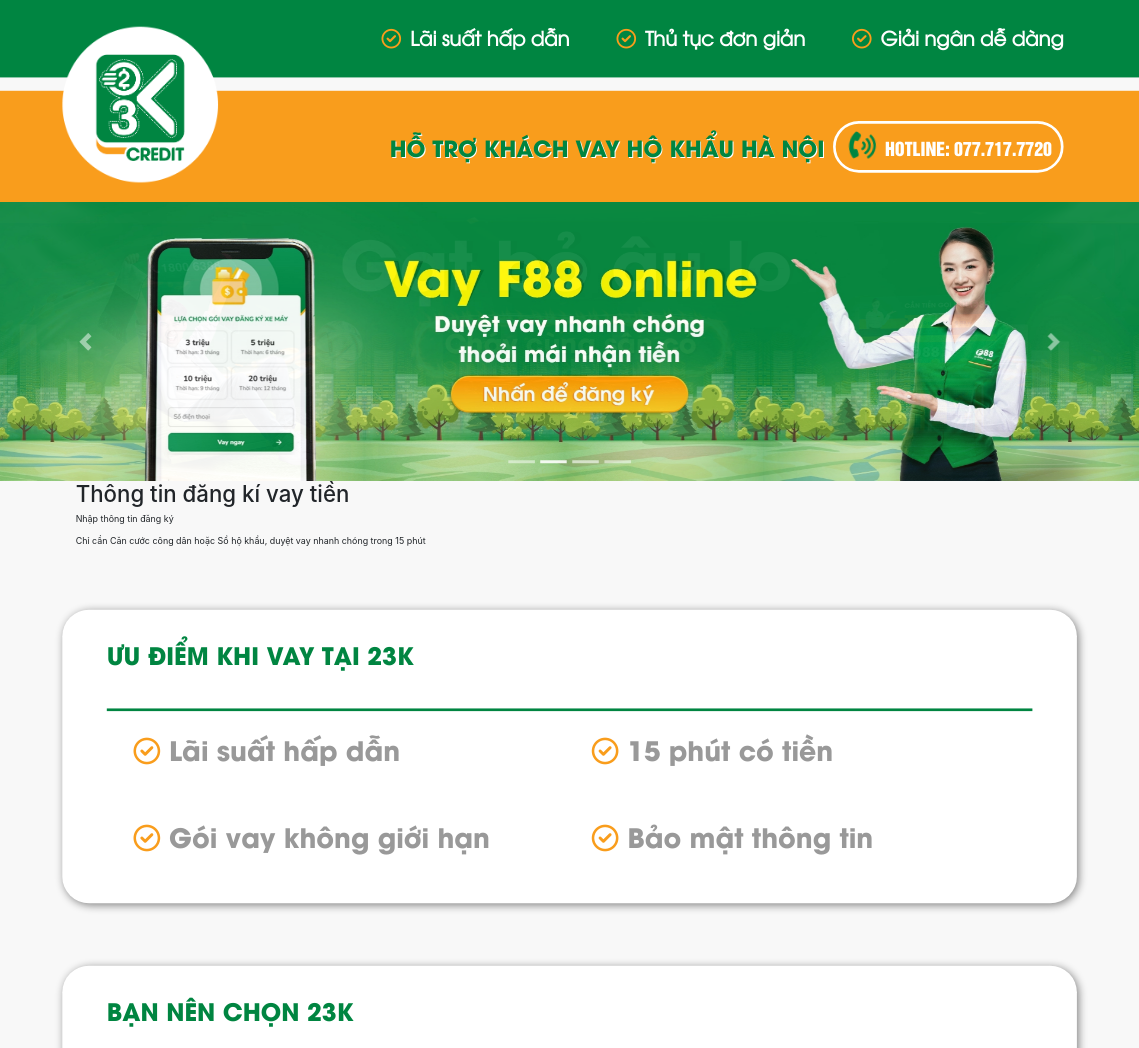
Repository: anhtu2110/23k.vn
Page: theme/index.html
An editor plug-in stored every save of this project. The page is shown before and after the next save, followed by the edit.
The browser window is 1280 px wide. The pictures show the part of the page from y = 0 to 1178 px (the page is 2019 px tall before and 2044 px after), at 89% of full size.
A picture or video elsewhere on the page could not be fetched, so the positions and the page height are approximate.

Above is the page before, as saved 2022-12-29 23:05:37.

### theme/index.html
<!DOCTYPE html>
<html lang="en">

<head>
    <meta charset="UTF-8">
    <meta http-equiv="X-UA-Compatible" content="IE=edge">
    <meta name="viewport" content="width=device-width, initial-scale=1.0">
    <link rel="icon" type="image/x-icon" href="./public/images/footer_logo.png">
    <link rel="stylesheet" href="public/css/bootstrap/bootstrap-theme.css" type="text/css" />
    <link rel="stylesheet" href="public/css/bootstrap/bootstrap.css" type="text/css" />
    <link rel="stylesheet" href="public/reset.css" type="text/css" />
    <link rel="stylesheet" href="public/css/font-awesome/css/font-awesome.min.css">
    <link rel="stylesheet" href="https://cdnjs.cloudflare.com/ajax/libs/font-awesome/6.2.1/css/all.min.css">
    <link rel="stylesheet" href="public/style.css" type="text/css" />
    <link rel="stylesheet" href="public/responsive.css" type="text/css" />
    <title>23K</title>

    <script src="public/js/jquery-3.6.1.min.js"></script>
    <script src="public/js/bootstrap/bootstrap.min.js"></script>
    <script src="public/js/main.js"></script>
</head>

<body>
    <!-- test  -->
    <div id="wrapper">
        <div id="header">
            <div class="header-top">
                <div class="container">
                    <div class="logo">
                        <a href="" class="logo">
                            <img src="./public/images/LOGO.png" alt="">
                        </a>
                    </div>
                    <ul class="benefit">
                        <li class="benefit-item">Lãi suất hấp dẫn</li>
                        <li class="benefit-item">Thủ tục đơn giản </li>
                        <li class="benefit-item">Giải ngân dễ dàng</li>
                    </ul>
                </div>
            </div>
            <div class="header-bottom">
                <div class="container">
                    <span class="content text-uppercase">Hỗ trợ khách vay hộ khẩu hà nội</span>
                    <a href="tel:0777177720" class="hotline text-decoration-none">
                        <span class="icon-phone"><i class="fa-solid fa-phone-volume animation-phone"></i></span>
                        <span>Hotline: 077.717.7720</span>
                    </a>
                </div>
            </div>
        </div>
        <!-- END HEADER  -->
        <style>
            #banner img {
                max-width: 100%;
                height: auto;
            }
        </style>
        <div id="wp-content">
            <section class="home-banner">
                <div id="banner" class="banner carousel slide carousel-fade" data-ride="carousel">
                    <ol class="carousel-indicators">
                        <li data-target="#banner" class="active" data-slide-to="0"></li>
                        <li data-target="#banner" data-slide-to="1"></li>
                        <li data-target="#banner" data-slide-to="2"></li>
                        <li data-target="#banner" data-slide-to="3"></li>
                    </ol>
                    <div class="carousel-inner">
                        <div class="carousel-item active" data-interval="2500">
                            <a href="">
                                <img class="desktop" src="./public/images/20220511164418256-1920 x 470.jpg" alt="">
                            </a>
                        </div>
                        <div class="carousel-item" data-interval="2500">
                            <a href="">
                                <img class="desktop" src="./public/images/20221012100205330-f88 vay tiền destop.png"
                                    alt="">
                            </a>
                        </div>
                        <div class="carousel-item" data-interval="2500">
                            <a href="">
                                <img class="desktop"
                                    src="./public/images/20221118174037871-destop wc vay tiền tại f88.jpg" alt="">
                            </a>
                        </div>
                        <div class="carousel-item" data-interval="2500">
                            <a href="">
                                <img class="desktop" src="./public/images/slider_4.jpg" alt="">
                            </a>
                        </div>
                    </div>
                    <a href="#banner" class="carousel-control-prev" data-slide="prev">
                        <span class="carousel-control-prev-icon"></span>
                    </a>
                    <a href="#banner" class="carousel-control-next" data-slide="next">
                        <span class="carousel-control-next-icon"></span>
                    </a>
                </div>
            </section>
            <!-- END HOME-BANNER  -->
            <div id="wp-info-reg">
                <div class="container">
                    <h1>Thông tin đăng kí vay tiền</h1>
                    <div id="wp-form-reg">
                        <div class="form-reg-title">
                            <p>Nhập thông tin đăng ký</p>
                            <p class="condition-reg">Chỉ cần Căn cước công dân hoặc Sổ hộ khẩu, duyệt vay nhanh chóng
                                trong <span>15 phút</span></p>
                        </div>
                        <div class="form-reg-content">
                            <form action="" method="post">

                            </form>
                        </div>
                    </div>
                </div>
            </div>
            <!-- END WP-info-REG  -->
            <div id="advantages" class="container box">
                <div class="head-box">
                    <div class="row">
                        <div class="col-md-12">
                            <p class="title">Ưu điểm khi vay tại 23k</p>
                        </div>
                    </div>
                </div>
                <div class="list-advantage">
                    <div class="row justify-content-center">
                        <div class="col-md-6 col-12">
                            <p class="advantage">Lãi suất hấp dẫn</p>
                        </div>
                        <div class="col-md-6 col-12">
                            <p class="advantage">15 phút có tiền</p>
                        </div>
                        <div class="col-md-6 col-12">
                            <p class="advantage">Gói vay không giới hạn</p>
                        </div>
                        <div class="col-md-6 col-12">
                            <p class="advantage">Bảo mật thông tin</p>
                        </div>
                    </div>
                </div>
            </div>
            <!-- END ADVANTAGES  -->
            <div id="should-choose" class="container box">
                <div class="head-box">
                    <div class="row">
                        <div class="col-md-12">
                            <p class="title">Bạn nên chọn 23k</p>
                        </div>
                    </div>
                </div>
                <ul class="list-reason">
                    <li class="reason-item">
                        <a href=""><img src="./public/images/thu_tuc.png" alt=""></a>
                        <p>Thủ tục đơn giản chỉ cần CCCD & sổ hộ khẩu Hà Nội</p>
                    </li>
                    <li class="reason-item">
                        <a href=""><img src="./public/images/tham_dinh.png" alt=""></a>
                        <p>
                            Thẩm định nhanh chóng linh hoạt
                        </p>
                    </li>
                    <li class="reason-item">
                        <a href=""><img src="./public/images//lai_suat.png" alt=""></a>
                        <p>Lãi suất ưu đãi nhất Hà Nội</p>
                    </li>
                    <li class="reason-item">
                        <a href=""><img src="./public/images/tu_van.png" alt=""></a>
                        <p>Đăng ký tư vấn online dễ dàng</p>
                    </li>
                    <li class="reason-item">
                        <a href=""><img src="./public/images/bao_mat.png" alt=""></a>
                        <p>Bảo mật thông tin khách hàng</p>
                    </li>
                </ul>
            </div>
        </div>
        <!-- END SHOULD-CHOOSE  -->
        <!-- END WP-CONTENT  -->
        <div id="footer">
            <div id="footer-top">
                <div class="container">
                    <div class="row">
                        <div class="footer-top-content col-12">
                            <span class="footer-thank">Trân trọng cảm ơn quý khách !</span>
                            <a href="tel:0777177720" class="hotline text-decoration-none">
                                <span class="icon-phone"><i class="fa-solid fa-phone-volume animation-phone"></i></span>
                                <span>Hotline: 077.717.7720</span>
                            </a>
                        </div>
                    </div>
                </div>
            </div>
            <!-- END FOOTER-TOP  -->
            <div id="footer-bottom">
                <div class="container">
                    <div class="row">
                        <div class="footer-logo col-md-2">
                            <a href="" class="logo">
                                <img src="./public/images/footer_logo.png" alt="">
                            </a>
                        </div>
                        <div class="footer-info-contact col-md-8">
                            <div class="wp-info-contact">
                                <p>Thông tin liên hệ</p>
                                <ul class="list-info-contact">
                                    <li class="info-contact-item"><a href=""><i class="fa-solid fa-location-dot"></i>252
                                            Đ.
                                            Lạc Long
                                            Quân, Bưởi, Cầu Giấy, Hà Nội, Việt Nam</a></li>
                                    <li class="info-contact-item"><a href=""><i class="fa-solid fa-phone"></i>HOTLINE:
                                            0777.170.720</a></li>
                                    <li class="info-contact-item"><a href=""><i
                                                class="fa-brands fa-square-facebook"></i>www.facebook.com/groups/taichinh23k</a>
                                    </li>
                                </ul>
                            </div>
                        </div>
                    </div>
                </div>
            </div>
            <!-- END FOOTER-BOTTOM  -->
        </div>
        <!-- END FOOTER  -->
    </div>
</body>

</html>

### theme/public/style.css
@import '../public/css/import/fonts.css';
@import '../public/css/import/global.css';
@import '../public/css/import/header.css';
@import '../public/css/import/footer.css';
@import '../public/css/import/register.css';

### theme/public/responsive.css
@media (max-width: 1199px) {
    html {
        font-size: 5.333px;
        /* font-size: 8px; */
    }
}

@media (max-width: 767px) {
    html {
        font-size: 10px;
    }
}

### theme/public/css/import/fonts.css
@font-face {
    font-family: 'Leelawadee UI Bold';
    src: url('../../font/leelawdb.ttf');
}

@font-face {
    font-family: 'Montserrat-SemiBold';
    src: url('../../font/Montserrat-SemiBold.ttf');
}

@font-face {
    font-family: 'UTM Avo';
    src: url('../../font/UTM\ Avo.ttf');
}

@font-face {
    font-family: 'UTM AvoBold_Italic';
    src: url('../../font/UTM\ AvoBold_Italic.ttf');
}

@font-face {
    font-family: 'UTM AvoBold';
    src: url('../../font/UTM\ AvoBold.ttf');
}

@font-face {
    font-family: 'UTM AvoItalic';
    src: url('../../font/UTM\ AvoItalic.ttf');
}

@font-face {
    font-family: 'UTM HelvetIns';
    src: url('../../font/UTM\ HelvetIns.ttf');
}

### theme/public/css/import/global.css
:root {
    --bg-page: #F8F8F8;
    --bg-green: #008541;
    --bg-white: #FFFFFF;
    --bg-orange: #F99D1C;
    --bg-gray: #666666;
}

a {
    text-decoration: none !important;
}

ul {
    padding: 0;
    margin: 0;
}

html {
    font-size: 62.5%;
}

body {
    background-color: var(--bg-page);
}

.head-box {
    padding-bottom: 3rem;
    padding-top: 1rem;
    border-bottom: 3px solid var(--bg-green);
}

p.title {
    font-size: 2.7rem;
    font-family: 'UTM AvoBold';
    color: var(--bg-green);
    text-transform: uppercase;
}

.box {
    background-color: var(--bg-white);
    padding: 2rem 5rem;
    box-shadow: 2px 2px 10px gray;
    border-radius: 3rem;
    z-index: 1;
}

a.hotline {
    display: inline-block;
    font-size: 2rem;
    font-family: 'UTM HelvetIns';
    text-transform: uppercase;
    color: var(--bg-white);
    padding: 1rem 1rem;
    border: 0.3rem solid var(--bg-white);
    border-radius: 100rem;
    margin-left: 1rem;
    overflow: hidden;
}

a.hotline span.icon-phone i {
    font-size: 3rem;
    color: var(--bg-green);
    padding-inline: 0.5rem;
}

.animation-phone {
    animation-name: trin;
    animation-duration: 1.5s;
    animation-iteration-count: infinite;
    animation-timing-function: linear;
}

@keyframes trin {

    from {
        transform: rotate3d(0, 0, 1, 0deg);
    }

    20%,
    32%,
    44%,
    56%,
    68% {
        transform: rotate3d(0, 0, 1, 0deg);
    }

    23%,
    35%,
    47%,
    59%,
    71% {
        transform: rotate3d(0, 0, 1, 15deg);
    }

    26%,
    38%,
    50%,
    62%,
    74% {
        transform: rotate3d(0, 0, 1, 0deg);
    }

    29%,
    41%,
    53%,
    65%,
    77% {
        transform: rotate3d(0, 0, 1, -15deg);
    }

    80% {
        transform: rotate3d(0, 0, 1, 0deg);
    }

}

### theme/public/css/import/header.css
.header-top {
    background-color: var(--bg-green);
    margin-bottom: 1.5rem;
}

.header-top .container {
    position: relative;
    display: flex;
    justify-content: flex-end;
}

#header .logo {
    position: absolute;
    top: 1.5rem;
    left: 0;
    border-radius: 10rem;
}

#header .logo a.logo img {
    width: 17.5rem;
    height: auto;
}

ul.benefit li.benefit-item {
    display: inline-block;
    font-size: 2.2rem;
    color: red;
    font-family: 'UTM Avo';
    font-weight: 600;
    color: var(--bg-white);
    padding: 2.6rem 2rem;
}

ul.benefit li.benefit-item:last-child {
    padding-right: 0;
}

ul.benefit li.benefit-item::before {
    display: inline-block;
    content: '\f058';
    font-family: "Font Awesome 6 Free";
    -webkit-font-smoothing: antialiased;
    font-weight: normal;
    color: #F99D1C;
    padding-inline: 1rem;
}

/* ul.benefit li.benefit-item i {
    display: inline-block;
    padding-inline: 1rem;
    color: #F99D1C;
} */

/* END HEADER TOP  */
.header-bottom {
    height: 12.5rem;
    background-color: var(--bg-orange);
    display: flex;
    align-items: center;
}

.header-bottom .container {
    display: flex;
    align-items: center;
    /* justify-content: end; */
    justify-content: right;
}

.header-bottom .content {
    font-size: 2.5rem;
    font-family: 'UTM AvoBold';
    color: var(--bg-green);
    text-shadow: 1px 1px var(--bg-white);
    /* flex-basis: 50%; */
    width: fit-content;
}

### theme/public/css/import/footer.css
#footer #footer-top {
    background-color: var(--bg-green);
    padding-block: 3rem;
}

#footer #footer-top .footer-top-content {
    display: flex;
    justify-content: space-between;
}

#footer #footer-top .footer-top-content span.footer-thank {
    font-size: 3.8rem;
    color: var(--bg-white);
    font-family: 'UTM AvoBold';
    text-transform: uppercase;
    margin-left: -1.5rem;
}

#footer #footer-top .footer-top-content a.hotline {
    /* border: none; */
    background-color: var(--bg-orange);
    margin-right: -1.5rem;
}

/* END FOOTER-TOP  */
#footer #footer-bottom .footer-logo a.logo img {
    display: block;
    max-width: 18rem;
    height: auto;
}

#footer #footer-bottom {
    padding-block: 4rem;
}

#footer #footer-bottom a.logo {
    display: block;
    width: 100%;
}

#footer #footer-bottom a.logo img {
    width: 100%;
    height: auto;
}

.footer-info-contact {
    font-size: 2.6rem;
    color: var(--bg-gray);
}

.footer-info-contact .wp-info-contact {
    width: fit-content;
}

.footer-info-contact p {
    padding-block: 1rem;
    border-bottom: 0.2rem solid var(--bg-green);
}

ul.list-info-contact {
    list-style: none;
    padding: 0;
    margin: 0;
}

ul.list-info-contact li a {
    color: var(--bg-gray);
}

ul.list-info-contact i {
    display: inline-block;
    width: 3rem;
    height: auto;
}

### theme/public/css/import/register.css
#wp-content {
    margin-bottom: 8rem;
}

#advantages {
    margin-block: 7rem;
}

#advantages .list-advantage {
    margin-inline: 2rem;
}

#advantages p.advantage {
    font-size: 3rem;
    color: #999999;
    font-family: 'UTM AvoBold';
    padding-block: 2rem;
}

#advantages p.advantage::before {
    display: inline-block;
    content: '\f058';
    font-family: "Font Awesome 6 Free";
    -webkit-font-smoothing: antialiased;
    font-weight: normal;
    color: var(--bg-orange);
    padding-inline: 1rem;
}

/* END ADVANTAGE  */
#should-choose ul.list-reason {
    list-style: none;
    padding: 0;
    margin: 0;
    display: flex;
    align-items: center;
    text-align: center;
}

#should-choose ul.list-reason li.reason-item {
    flex-basis: 20%;
    padding: 2rem;
}

#should-choose ul.list-reason li a {
    display: block;
    width: 100%;
    height: 16rem;
}

#should-choose ul.list-reason li a img {
    display: inline-block;
    width: 15rem;
    height: auto;
}

#should-choose ul.list-reason li.reason-item p {
    font-size: 2rem;
    font-family: "UTM Avo";
    color: #808080;
}

Loaded but not shown: theme/public/css/bootstrap/bootstrap-theme.css (library); theme/public/css/bootstrap/bootstrap.css (library); theme/public/reset.css (common file); theme/public/css/font-awesome/css/font-awesome.min.css (library); theme/public/js/jquery-3.6.1.min.js (library); theme/public/js/bootstrap/bootstrap.min.js (library); theme/public/js/main.js (no copy from this time; the picture is the same without it)

After the next save:
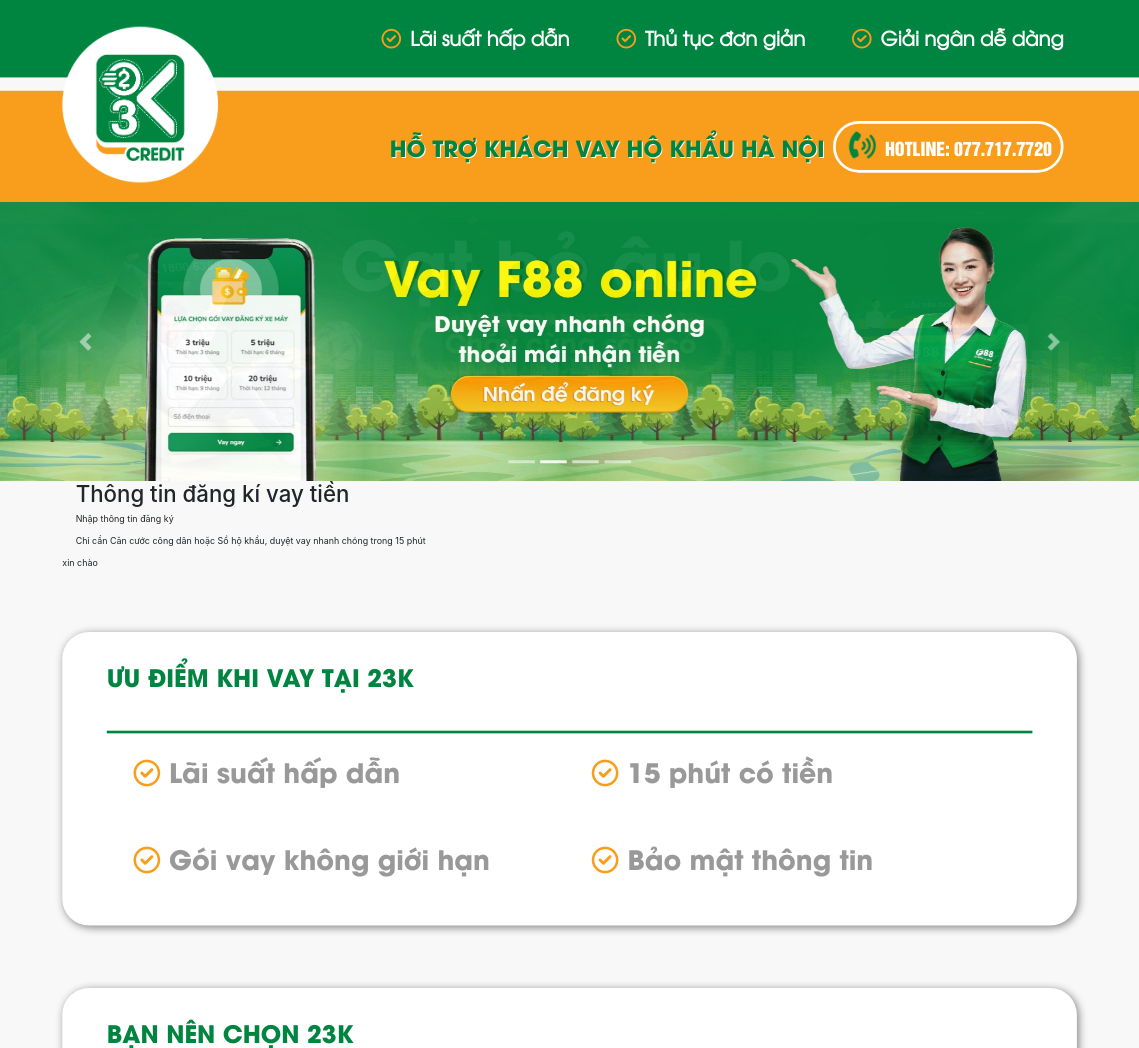
Saved 59 s later.
--- a/theme/index.html
+++ b/theme/index.html
@@ -108,7 +108,9 @@
                         </div>
                         <div class="form-reg-content">
                             <form action="" method="post">
-
+                                <div class="row">
+                                    xin chào
+                                </div>
                             </form>
                         </div>
                     </div>
